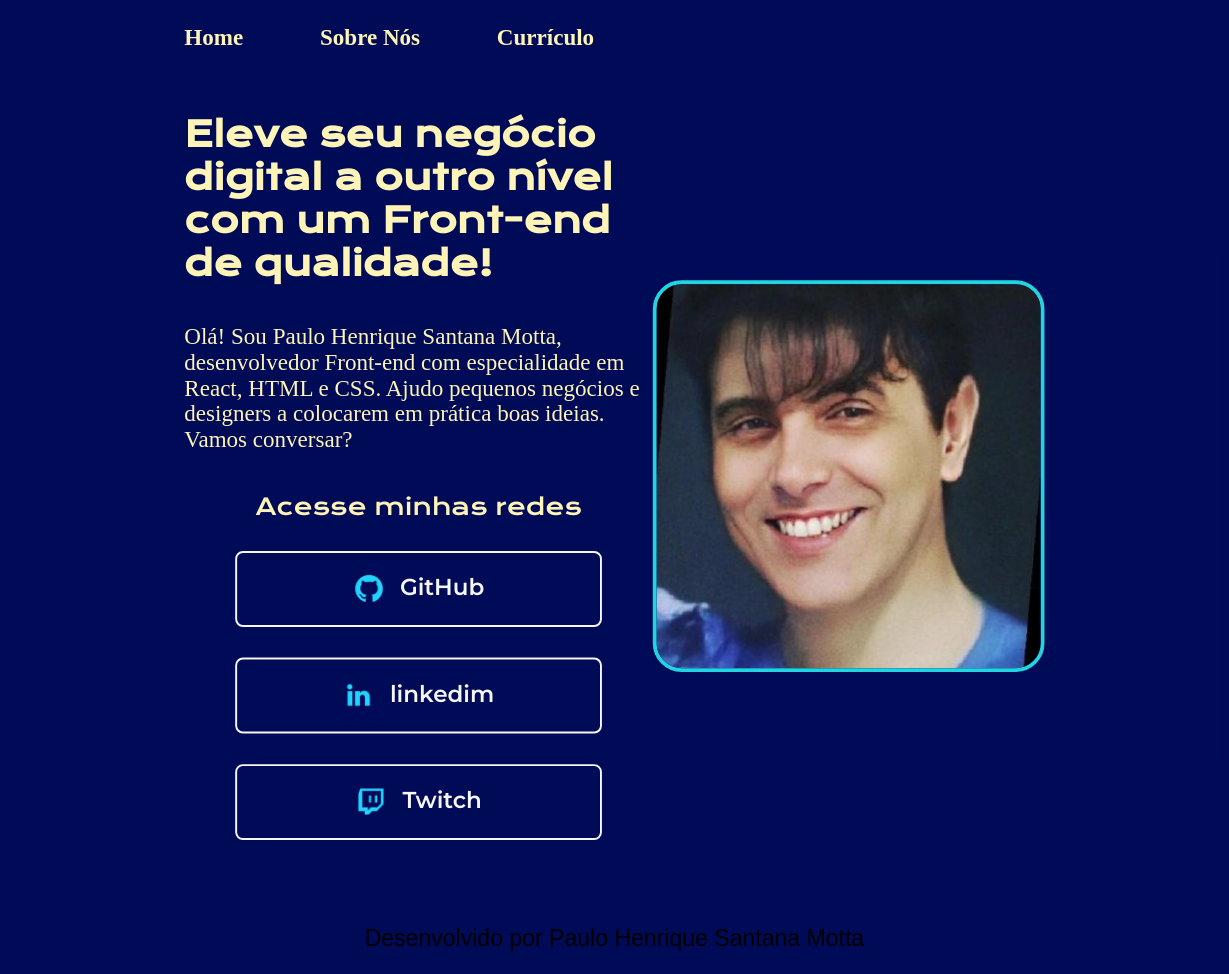
Repository: phsmottanerd/projeto-portfolio-alura
Page: index.html
An editor plug-in stored every save of this project. The page is shown before and after the next save, followed by the edit.
The browser window is 1280 px wide. The pictures show the whole page, at 96% of full size.

Above is the page before, as saved 2025-01-28 02:12:14.

After the next save:
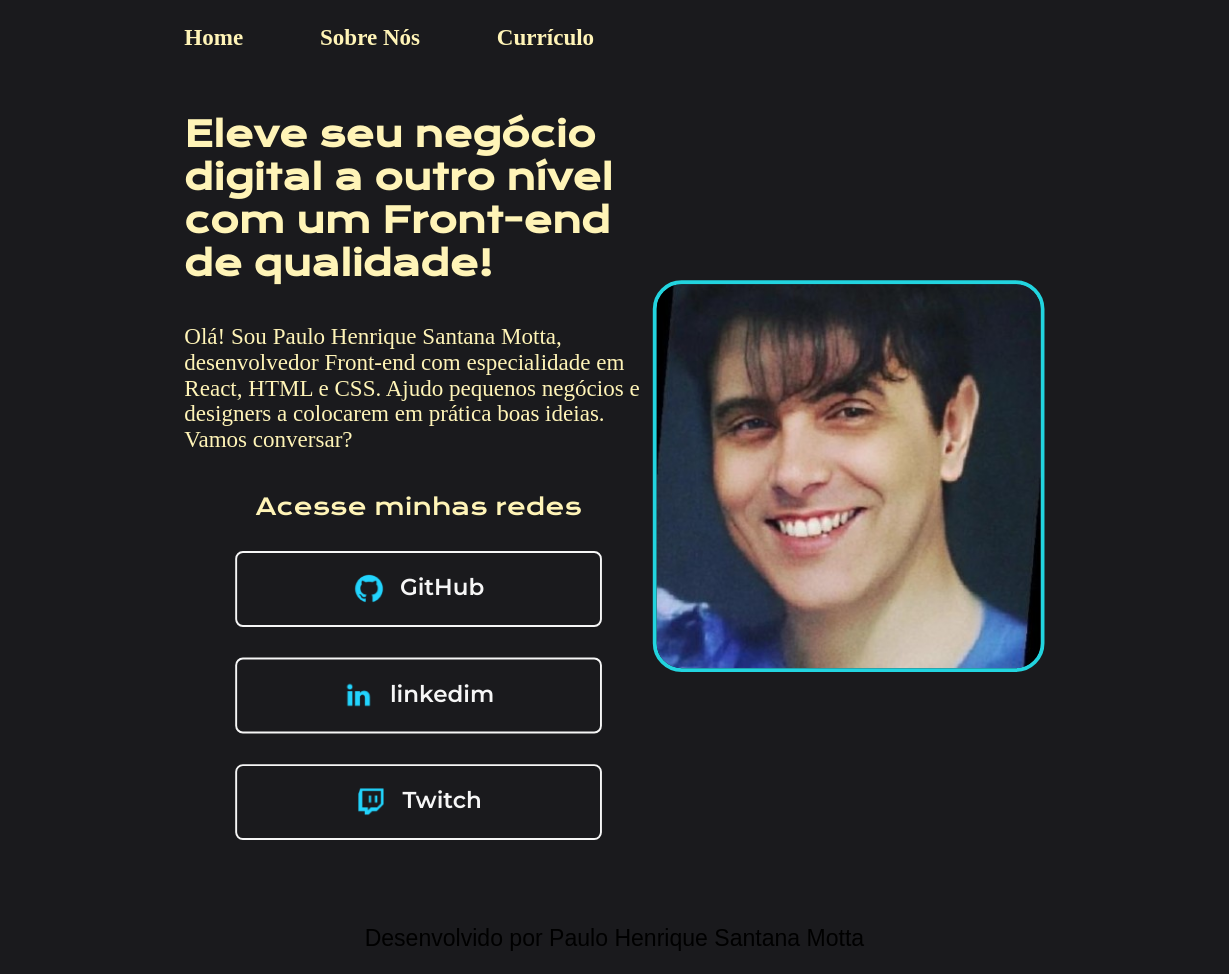
Saved 29 s later.
--- a/estilos/style.css
+++ b/estilos/style.css
@@ -1,7 +1,7 @@
 @import url("https://fonts.googleapis.com/css2?family=Krona+One&family=Montserrat:wght@400;600&display=swap");
 
 :root {
-  --cor-primaria: #000B58;
+  --cor-primaria: #1A1A1D;
   --cor-secundaria: #FFF4B7;
   --cor-terciaria:;
   --cor-hover: #4F1787;
